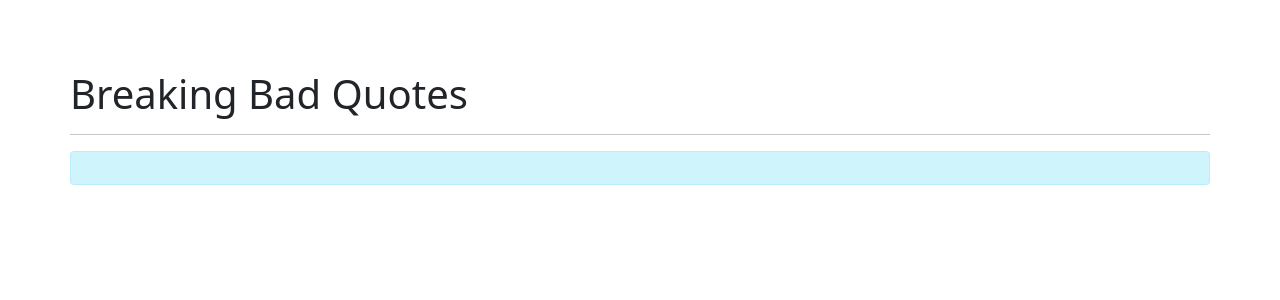
Repository: ppfeliuu/hooks-app
Page: /
These files come from the project's save history. The page is drawn as it stood at one moment and after the next save; the edit follows.
The browser window is 1280 px wide. The pictures show the whole page.
The page's requests for data from a server got no answer. The project was rebuilt for these pictures with package versions that can differ from the ones it lists, and the page was loaded fresh each time. No one was signed in, and anything a server would have sent is missing. Also part of the build but not shown: src/components/01-useState/CounterApp.js, src/hooks/useCounter.js, src/components/01-useState/CounterWithCustomHook.js, src/hooks/useForm.js, src/components/02-useEffect/FormWithCustomHook.js, src/components/02-useEffect/Message.js, src/components/02-useEffect/SimpleForm.js, src/HookApp.js.

Above is the page before, as saved 2021-05-29 22:18:55.

After the next save:
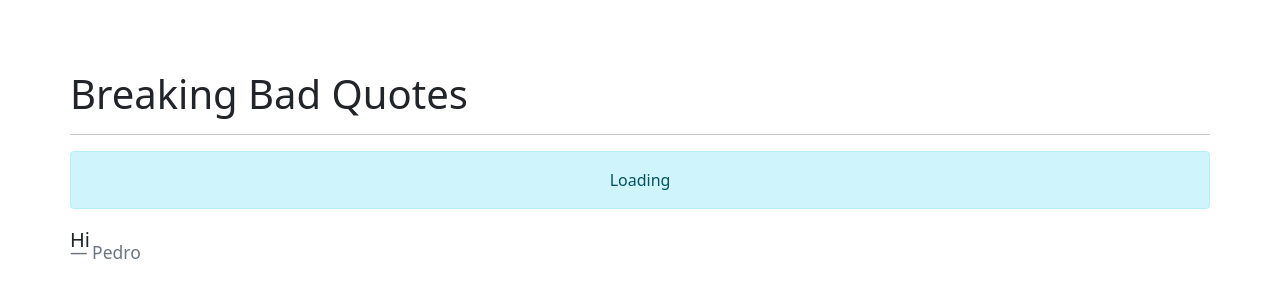
Saved 66 s later.
--- a/src/components/examples/MultipleCustomHooks.js
+++ b/src/components/examples/MultipleCustomHooks.js
@@ -10,7 +10,12 @@
       <h1>Breaking Bad Quotes</h1>
       <hr />
 
-      <div className="alert alert-info text-center"></div>
+      <div className="alert alert-info text-center">Loading</div>
+
+      <div className="blockquote text-right">
+        <p className="mb-0">Hi</p>
+        <footer className="blockquote-footer">Pedro</footer>
+      </div>
     </div>
   );
 };
